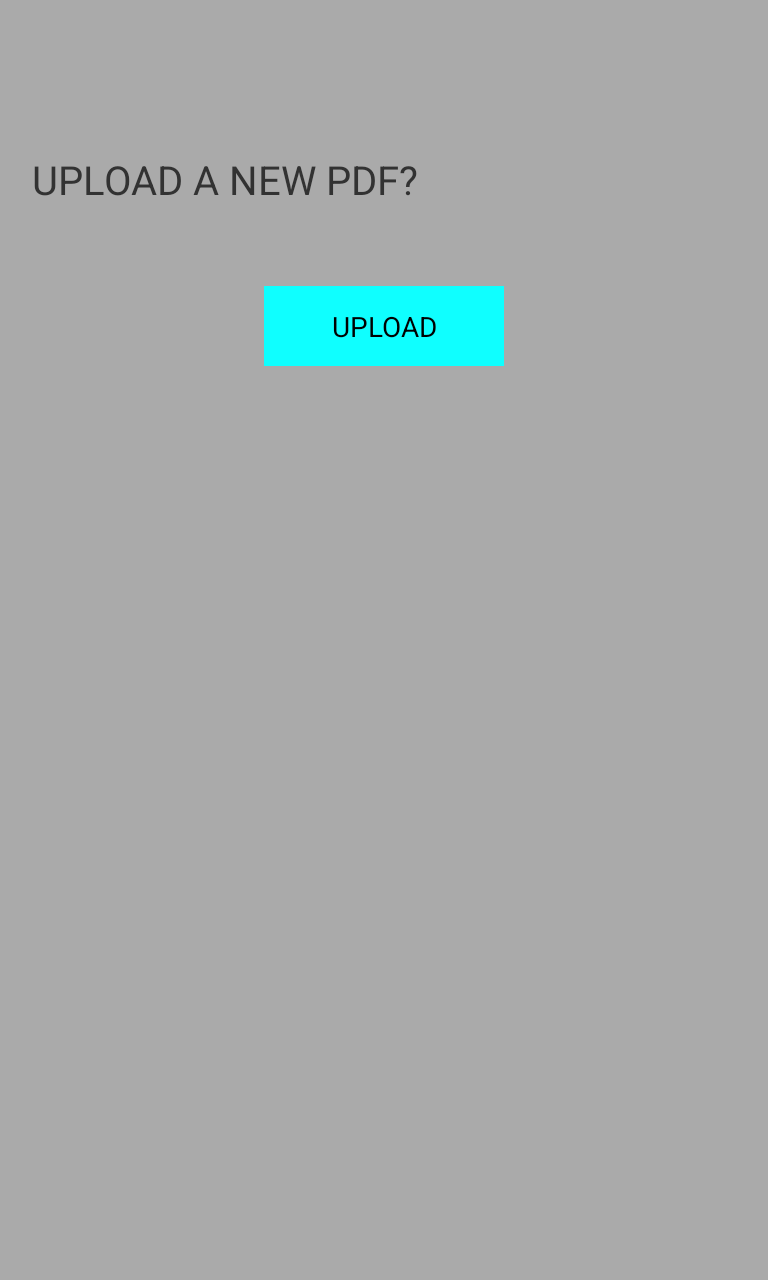
Repository: nick11roberts/Moka-Scanr
Layout: Document Uploader/res/layout/activity_options.xml
These files come from the project's save history. The layout is drawn as it stood at one moment and after the next save; the edit follows.
It is drawn on a 768 x 1280 px phone screen (xhdpi) without system bars, with theme android:Theme.Light.NoTitleBar; the app's code is not run. The app's manifest (not shown) leaves right-to-left support off. So textAlignment, textDirection and layoutDirection are ignored, and left and right values win over start and end ones.

Above is the layout before, as saved 2014-05-29 06:23:06.

After the next save:
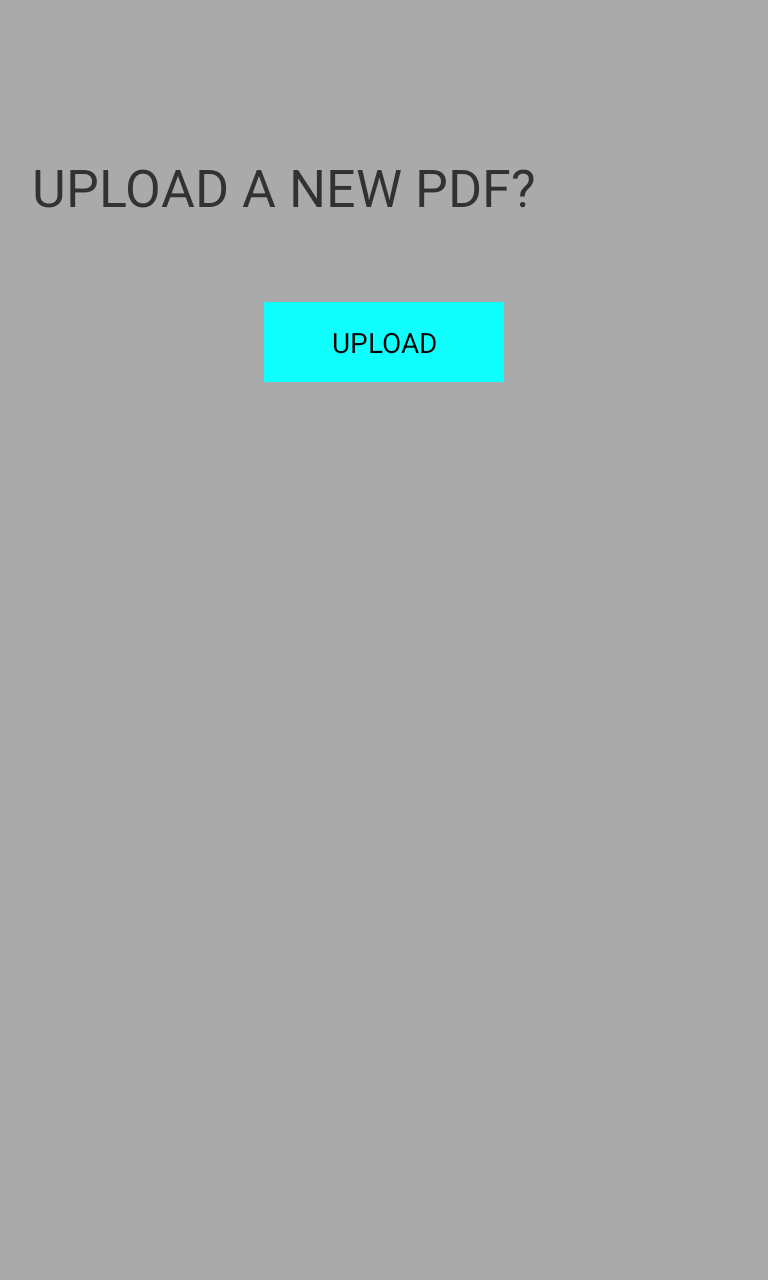
Saved 8 s later.
--- a/Document Uploader/res/layout/activity_options.xml
+++ b/Document Uploader/res/layout/activity_options.xml
@@ -20,7 +20,7 @@
         android:text="@string/main_heading"
         android:textAlignment="center"
         android:textAllCaps="true"
-        android:textSize="20sp" />
+        android:textSize="26sp" />
 
     <Button
         android:id="@+id/button1"
